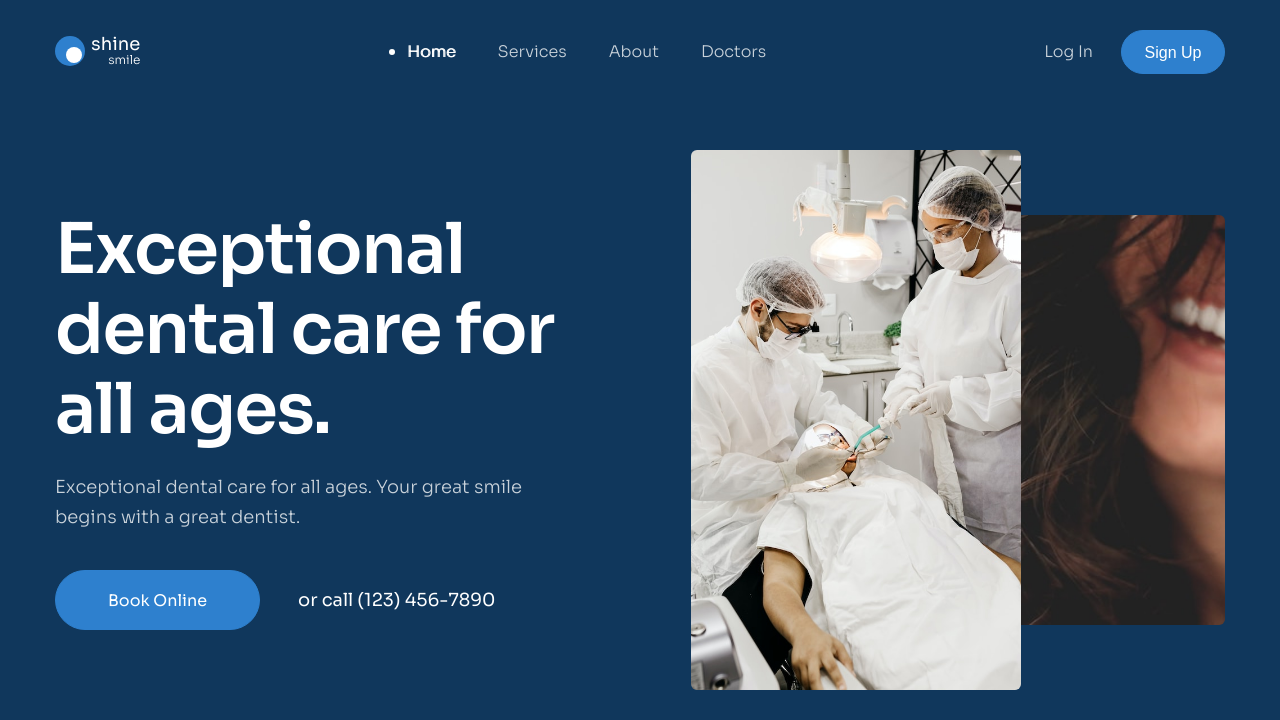
Repository: anhtien111198/f8-htmlcss-03
Page: index.html
These files come from the project's save history. The page is drawn as it stood at one moment and after the next save; the edit follows.
The browser window is 1280 px wide. The pictures show the whole page.

Above is the page before, as saved 2023-05-12 14:01:53.

### index.html
<!DOCTYPE html>
<html lang="en">
    <head>
        <meta charset="UTF-8" />
        <meta http-equiv="X-UA-Compatible" content="IE=edge" />
        <meta name="viewport" content="width=device-width, initial-scale=1.0" />
        <title>shine smile</title>
        <!-- favicon -->
        <link
            rel="apple-touch-icon"
            sizes="57x57"
            href="./assets/favicon/apple-icon-57x57.png"
        />
        <link
            rel="apple-touch-icon"
            sizes="60x60"
            href="./assets/favicon/apple-icon-60x60.png"
        />
        <link
            rel="apple-touch-icon"
            sizes="72x72"
            href="./assets/favicon/apple-icon-72x72.png"
        />
        <link
            rel="apple-touch-icon"
            sizes="76x76"
            href="./assets/favicon/apple-icon-76x76.png"
        />
        <link
            rel="apple-touch-icon"
            sizes="114x114"
            href="./assets/favicon/apple-icon-114x114.png"
        />
        <link
            rel="apple-touch-icon"
            sizes="120x120"
            href="./assets/favicon/apple-icon-120x120.png"
        />
        <link
            rel="apple-touch-icon"
            sizes="144x144"
            href="./assets/favicon/apple-icon-144x144.png"
        />
        <link
            rel="apple-touch-icon"
            sizes="152x152"
            href="./assets/favicon/apple-icon-152x152.png"
        />
        <link
            rel="apple-touch-icon"
            sizes="180x180"
            href="./assets/favicon/apple-icon-180x180.png"
        />
        <link
            rel="icon"
            type="image/png"
            sizes="192x192"
            href="./assets/favicon/android-icon-192x192.png"
        />
        <link
            rel="icon"
            type="image/png"
            sizes="32x32"
            href="./assets/favicon/favicon-32x32.png"
        />
        <link
            rel="icon"
            type="image/png"
            sizes="96x96"
            href="./assets/favicon/favicon-96x96.png"
        />
        <link
            rel="icon"
            type="image/png"
            sizes="16x16"
            href="./assets/favicon/favicon-16x16.png"
        />
        <link rel="manifest" href="./assets/favicon/manifest.json" />
        <meta name="msapplication-TileColor" content="#ffffff" />
        <meta
            name="msapplication-TileImage"
            content="./assets/favicon/ms-icon-144x144.png"
        />
        <meta name="theme-color" content="#ffffff" />
        <!-- font -->
        <link rel="preconnect" href="https://fonts.googleapis.com" />
        <link rel="preconnect" href="https://fonts.gstatic.com" crossorigin />
        <link
            href="https://fonts.googleapis.com/css2?family=Sora:wght@200;300;400;500;600;700;800&display=swap"
            rel="stylesheet"
        />
        <!-- reset css -->
        <link rel="stylesheet" href="./assets/css/reset.css" />
        <!-- style css -->
        <link rel="stylesheet" href="./assets/css/style.css" />
    </head>
    <body>
        <header class="header">
            <div class="container">
                <!-- header top -->
                <div class="header-top">
                    <!-- logo -->
                    <a href="/">
                        <div class="logo">
                            <span class="logo__circle"></span>
                            <span class="logo__text">
                                <span class="logo__brand">shine</span>
                                <span class="logo__brand logo__brand--small">
                                    smile
                                </span>
                            </span>
                        </div>
                    </a>
                    <!-- navbar -->
                    <nav class="navbar">
                        <ul class="navbar__list">
                            <li class="navbar__item">
                                <a
                                    href="#!"
                                    class="navbar__link navbar__link--active"
                                >
                                    Home
                                </a>
                            </li>
                            <li class="navbar__item">
                                <a href="#!" class="navbar__link">Services</a>
                            </li>
                            <li class="navbar__item">
                                <a href="#!" class="navbar__link">About</a>
                            </li>
                            <li class="navbar__item">
                                <a href="#!" class="navbar__link">Doctors</a>
                            </li>
                        </ul>
                    </nav>
                    <!-- action -->
                    <div class="header-action">
                        <a href="#!" class="header-action__login">Log In</a>
                        <button href="#!" class="btn header-action__signup">
                            Sign Up
                        </button>
                    </div>
                </div>
                <!-- Hero -->
                <section class="hero">
                    <!-- hero content -->
                    <section class="hero__content">
                        <h1 class="hero__heading">
                            Exceptional dental care for all ages.
                        </h1>
                        <p class="hero__desc">
                            Exceptional dental care for all ages. Your great
                            smile begins with a great dentist.
                        </p>
                        <div class="hero__row">
                            <a href="" class="btn">Book Online</a>
                            <span class="hero__phone"
                                >or call (123) 456-7890</span
                            >
                        </div>
                    </section>
                    <!-- hero media -->
                    <div class="hero__media">
                        <figure class="hero__images">
                            <img
                                src="./assets/image/hero-01jpg.jpg"
                                alt=""
                                class="hero__img"
                            />
                            <img
                                src="./assets/image/hero-02.jpg"
                                alt=""
                                class="hero__img"
                            />
                        </figure>
                    </div>
                </section>
            </div>
        </header>
    </body>
</html>

### assets/css/style.css
* {
    box-sizing: border-box;
}
:root {
    --header-bg: #10375c;
}
html {
    font-size: 62.5%;
}
body {
    font-size: 1.6rem;
    font-family: "Sora", sans-serif;
}
/* ======Common========= */
a {
    text-decoration: none;
}
.container {
    width: 1170px;
    max-width: calc(100% - 48px);
    margin: 0 auto;
}
.btn {
    --height: 60px;
    display: inline-block;
    min-width: 205px;
    height: var(--height);
    padding: 0 20px;
    border-radius: 99px;
    border: 1px solid #2e80ce;
    font-size: 1.6rem;
    font-weight: 400;
    line-height: var(--height);
    color: #fff;
    text-align: center;
    background: #2e80ce;
}
.btn:hover {
    opacity: 0.9;
    cursor: pointer;
}
/* ========header============= */
.header {
    min-height: 100vh;
    padding-top: 30px;
    background: var(--header-bg);
}
.logo {
    position: relative;
    display: inline-flex;
    font-size: 1rem;
}
.logo__circle::after,
.logo__circle::before {
    content: "";
    display: inline-block;
    border-radius: 50%;
}
.logo__circle::before {
    width: 3em;
    height: 3em;
    background: #2e80ce;
}
.logo__circle::after {
    position: absolute;
    top: 1.1em;
    left: 1.1em;
    width: 1.6em;
    height: 1.6em;
    background: #ffffff;
}
.logo__text {
    margin-left: 0.6em;
    text-align: right;
    line-height: 1.6em;
}
.logo__brand {
    display: block;
    font-size: 1.8em;
    font-weight: 400;
    color: #ffffff;
}
.logo__brand--small {
    font-size: 1.2em;
    font-weight: 300;
}
/* ========Header top========== */
.header-top {
    display: flex;
    align-items: center;
    justify-content: space-between;
}
.navbar__list {
    display: flex;
}
.header-action__login,
.navbar__link {
    padding: 4px 21px;
    font-weight: 300;
    font-size: 1.6rem;
    color: #c9d2da;
}
.navbar__link:hover,
.navbar__link--active {
    color: #fff;
    text-shadow: 1px 0 0 currentColor;
}
.navbar__link--active::before {
    position: relative;
    top: -2px;
    left: -8px;
    content: "";
    display: inline-block;
    width: 6px;
    height: 6px;
    border-radius: 50%;
    background: #fff;
}
.header-action {
    display: flex;
    align-items: center;
}
.header-action__login {
    margin-right: 7px;
}
.header-action__signup {
    --height: 44px;
    min-width: 104px;
}
/* ========hero=========== */
.hero {
    display: flex;
    align-items: center;
    margin-top: 76px;
}
.hero__content {
    flex-shrink: 0;
    width: 44%;
}
.hero__media {
    flex-grow: 1;
}
.hero__heading {
    font-weight: 600;
    font-size: 7rem;
    line-height: 1.14;
    letter-spacing: -0.02em;
    color: #ffffff;
}
.hero__desc {
    margin-top: 22px;
    font-weight: 300;
    font-size: 1.8rem;
    line-height: 1.67;
    color: #c9d2da;
}
.hero__row {
    display: flex;
    align-items: center;
    margin-top: 38px;
}
.hero__phone {
    margin-left: 38px;
    font-weight: 400;
    font-size: 1.8rem;
    line-height: 1.67;
    color: #ffffff;
}
.hero__images {
    display: flex;
    align-items: center;
    justify-content: flex-end;
}
.hero__img {
    width: 330px;
    height: 540px;
    border-radius: 6px;
    object-fit: cover;
}
.hero__img:first-child {
    position: relative;
    margin-right: -6px;
}
.hero__img:last-child {
    width: 210px;
    height: 410px;
}

Loaded but not shown: assets/css/reset.css (common file)

After the next save:
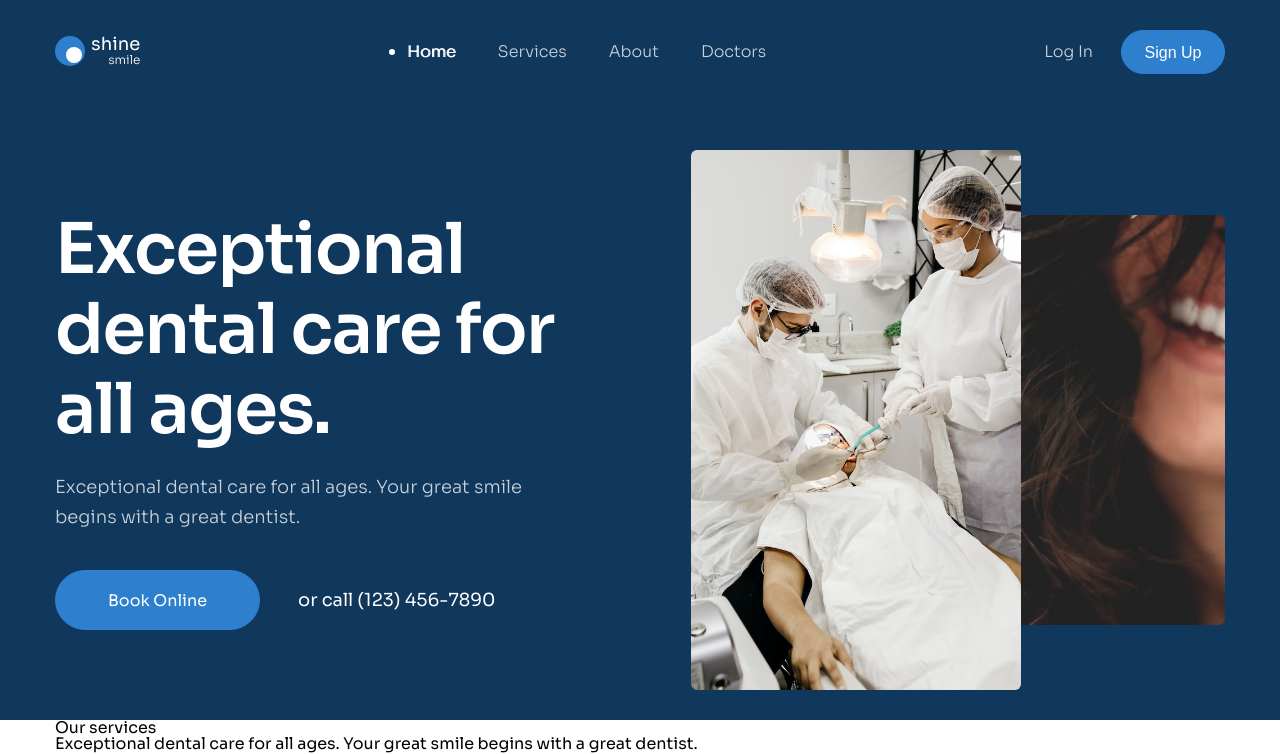
Saved 2 h 7 min later.
--- a/index.html
+++ b/index.html
@@ -177,5 +177,16 @@
                 </section>
             </div>
         </header>
+        <main>
+            <section class="service">
+                <div class="container">
+                    <h2 class="section-heading">Our services</h2>
+                    <p class="section-desc">
+                        Exceptional dental care for all ages. Your great smile
+                        begins with a great dentist.
+                    </p>
+                </div>
+            </section>
+        </main>
     </body>
 </html>
